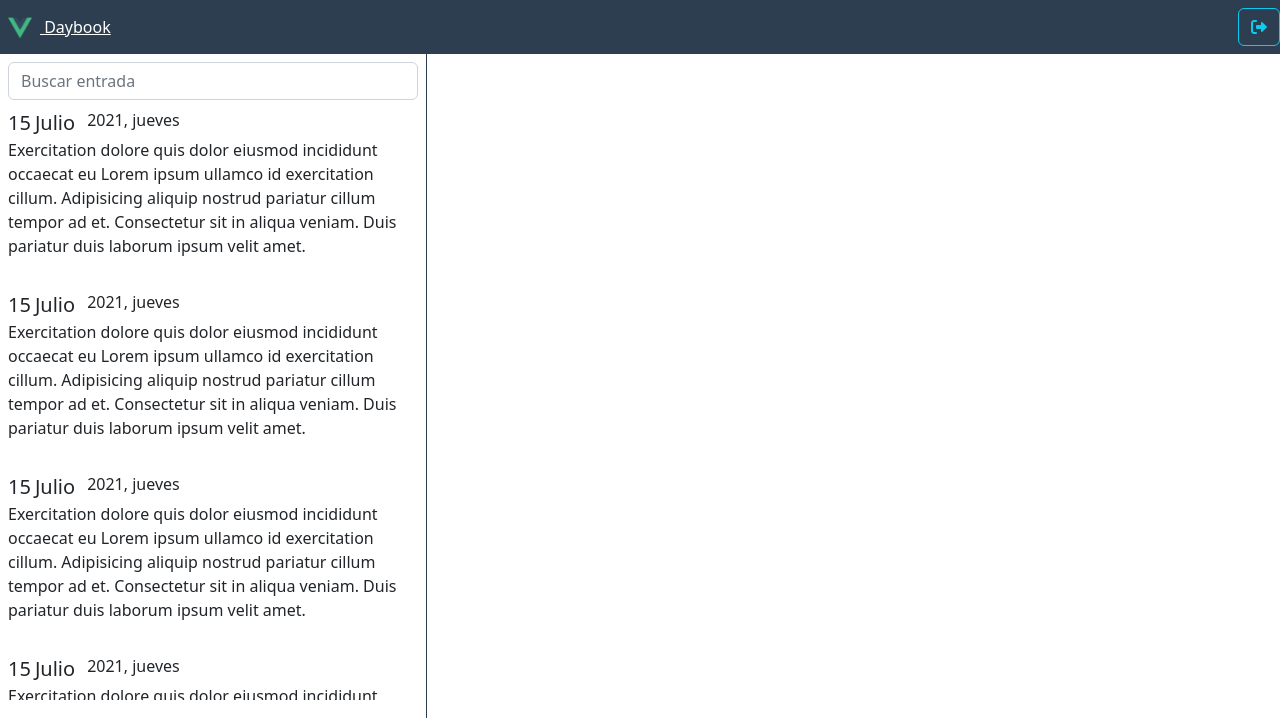
Repository: Osquitranki/jornal
Page: /#/daybook
The author's editor kept a copy of each file at every save. The page is drawn from the files as they stood at one save, then again after a run of saves.
The browser window is 1280 px wide. The pictures show the whole page.
The project was rebuilt for these pictures with package versions that can differ from the ones it lists, and the page was loaded fresh each time. Also part of the build but not shown: vue.config.js, src/views/HomeView.vue.

Above is the page before, as saved 2022-12-20 16:09:23.

After the next 3 saves:
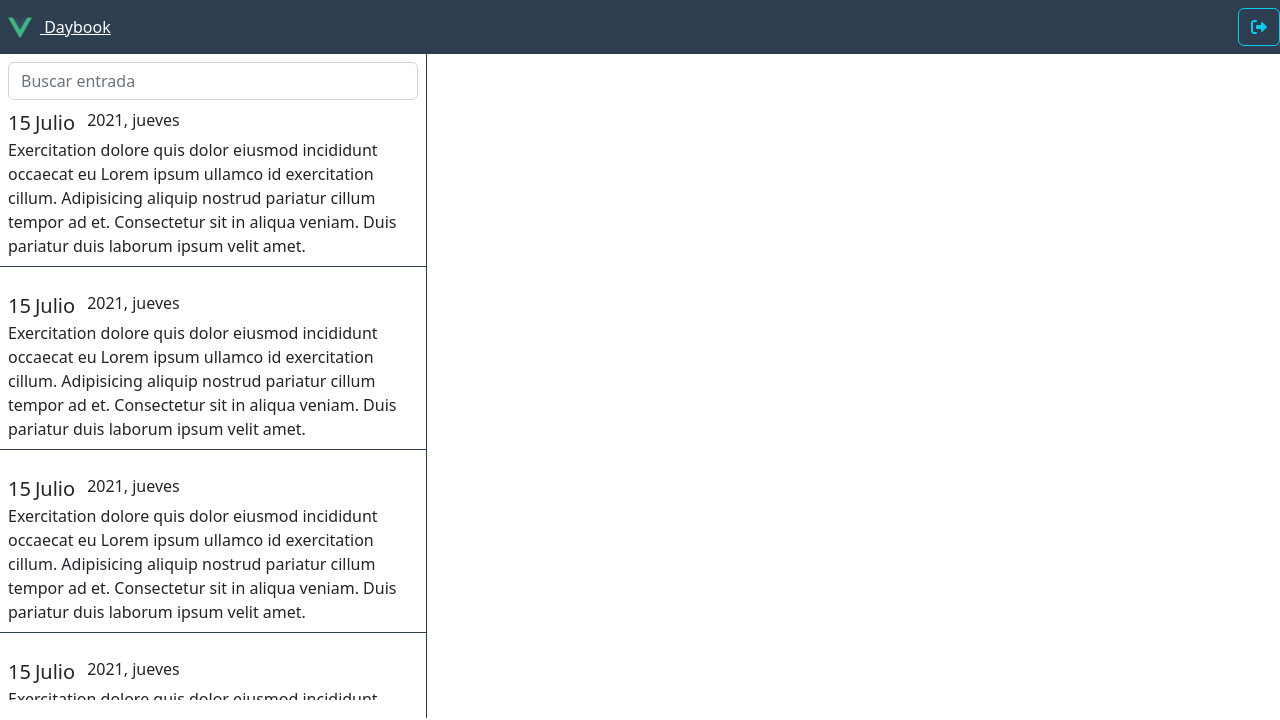
The 3 saves are shown as one change because they came seconds apart.
The last was saved 3 min 43 s later.
--- a/src/modules/daybook/components/Entry-element.vue
+++ b/src/modules/daybook/components/Entry-element.vue
@@ -18,6 +18,18 @@
 }
 </script>
 
-<style>
+<style la>
+
+.entry-container{
+    border-bottom: 1px solid #2c3e50;
+    transition: 0.2 all ease-in;
+
+    &:hover {
+        background-color: lighten($color: grey, $amount: 45);
+        transition: 0.2 all ease-in;
+    }
+    .entry-description {
+        font-size: 12 px;
+    }
 
 </style>
